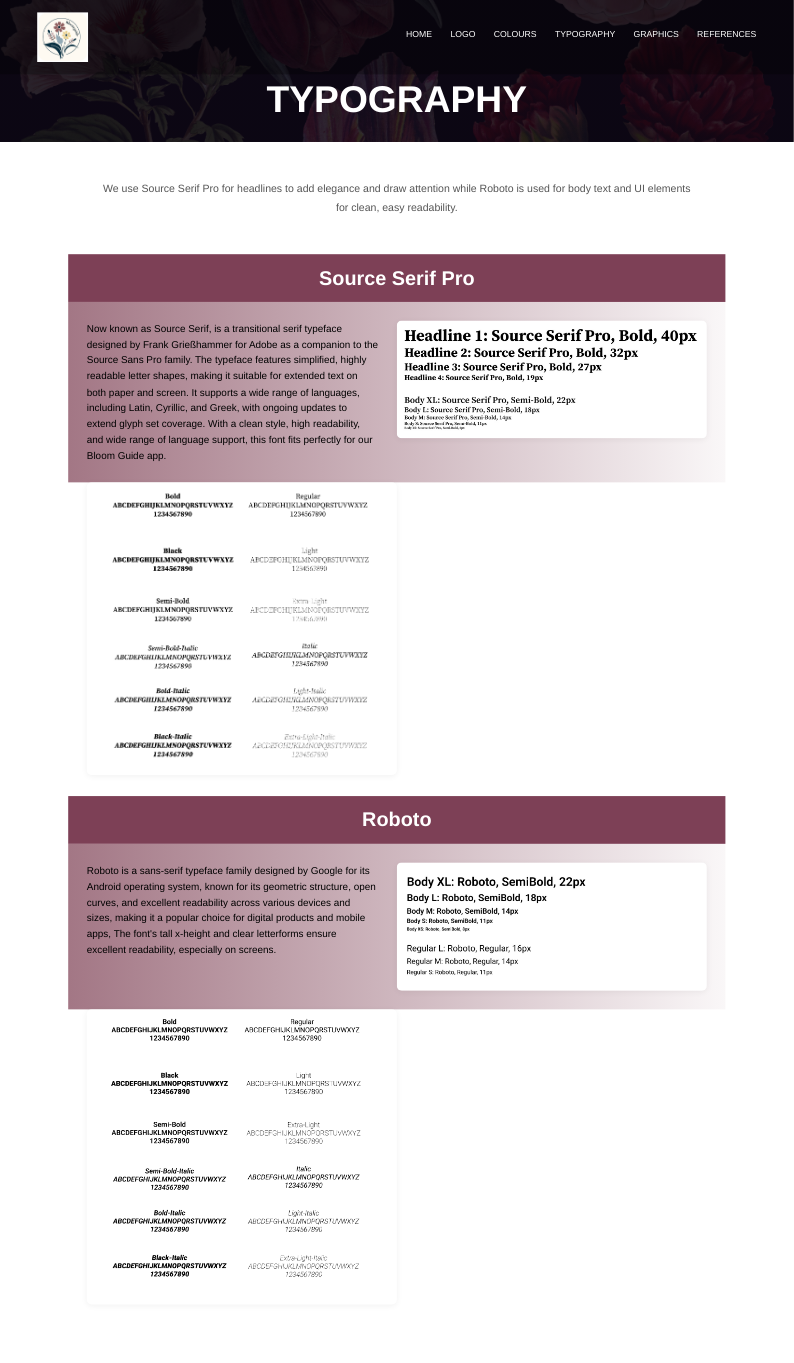
Repository: Emmalee06/styleguide-design2
Page: typography.html
The author's editor kept a copy of each file at every save. The page is drawn from the files as they stood at one save, then again after the next save.
The browser window is 1280 px wide. The pictures show the whole page, at 62% of full size.

Above is the page before, as saved 2025-04-07 00:57:34.

After the next save:
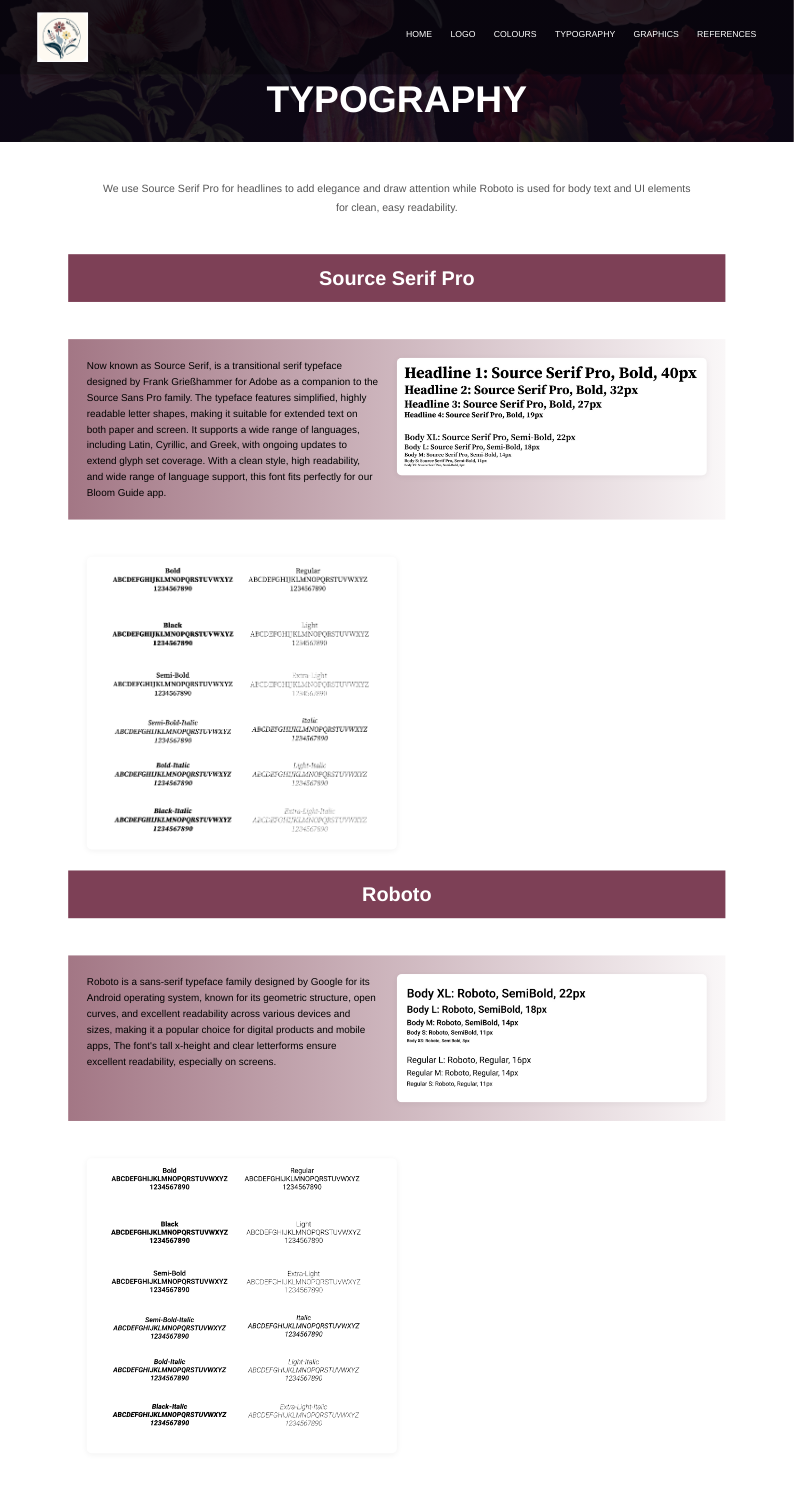
Saved 110 s later.
--- a/style.css
+++ b/style.css
@@ -321,7 +321,6 @@
     margin: 60px auto;
     padding: 0 20px;
 
-
 }
 
 .font-header {
@@ -339,6 +338,7 @@
     justify-content: space-between;
     align-items: flex-start;
     padding: 30px;
+    margin: 60px auto;
     gap: 30px;
     background-image: linear-gradient(to right, rgba(119, 54, 75, 0.679), rgba(119, 54, 75, 0.038));
 }
